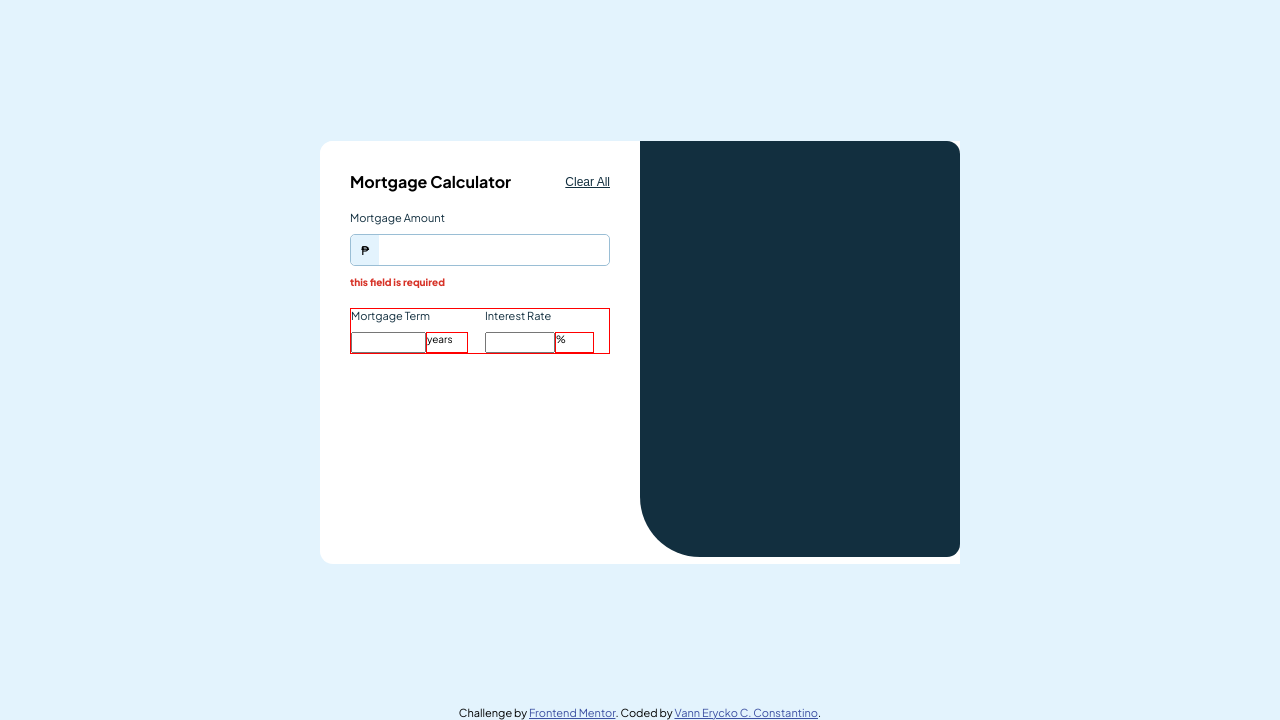
Repository: kocokoy/mortgage-repayment-calculator
Page: index.html
An editor plug-in stored every save of this project. The page is shown before and after the next save, followed by the edit.
The browser window is 1280 px wide. The pictures show the whole page.

Above is the page before, as saved 2024-10-29 13:33:28.

### index.html
<!DOCTYPE html>
<html lang="en">
<head>
  <meta charset="UTF-8">
  <meta name="viewport" content="width=device-width, initial-scale=1.0"> <!-- displays site properly based on user's device -->

  <link rel="icon" type="image/png" sizes="32x32" href="./assets/images/favicon-32x32.png">
  <link rel="stylesheet" href="/styles/style.css">
  <link rel="preconnect" href="https://fonts.googleapis.com">
<link rel="preconnect" href="https://fonts.gstatic.com" crossorigin>
<link href="https://fonts.googleapis.com/css2?family=Karla:ital,wght@0,200..800;1,200..800&family=Plus+Jakarta+Sans:ital,wght@0,200..800;1,200..800&family=Red+Hat+Text:ital,wght@0,300..700;1,300..700&display=swap" rel="stylesheet">

  <title>Frontend Mentor | Mortgage repayment calculator</title>
</head>
<body>
  <div class="container">
    <div class="container-card">
      <div class="mortgage-calculator-side">
        <div class="mortgage-calculator-header">
          <p>Mortgage Calculator</p>
          <button>Clear All</button>
        </div>
        <div class="mortgage-calculator-amount">
          <p>Mortgage Amount</p>
          <div class="mortgage-calculator-amount-input">
            <div>&#8369;</div>
            <input type="text">
          </div>
          <div class="field-require-text">
            this field is required
          </div>
        </div>
        <div class="mortgage-calculator-term-and-interest">
          <div class="mortgage-calculator-term-section">
            <p>Mortgage Term</p>
            <div class="mortgage-calculator-term-section-mortgage">
              <input type="text" name="" id="">
              <div>years</div>
            </div>
          </div>
          <div class="mortgage-calculator-term-section">
            <p>Interest Rate</p>
            <div class="mortgage-calculator-term-section-mortgage">
              <input type="text" name="" id="">
              <div>%</div>
            </div>
          </div>
        </div>
        <div></div>
        <div></div>
      </div>
      <div class="result-side"></div>
    </div>
  </div>


  <div class="attribution">
    Challenge by <a href="https://www.frontendmentor.io?ref=challenge">Frontend Mentor</a>.
    Coded by <a href="#">Vann Erycko C. Constantino</a>.
  </div>
</body>
</html>

### styles/style.css
:root{
/* Primary */

--lime: hsl(61, 70%, 52%);
--red: hsl(4, 69%, 50%);

/* Neutral */

--white: hsl(0, 0%, 100%);
--slate100: hsl(202, 86%, 94%);
--slate300: hsl(203, 41%, 72%);
--slate500: hsl(200, 26%, 54%);
--slate700: hsl(200, 24%, 40%);
--slate900: hsl(202, 55%, 16%);
}

.attribution {
  font-size: 11px; text-align: center;
 }
.attribution a {
  color: hsl(228, 45%, 44%);
 }

body{
  margin: 0;
  padding: 0;
  font-family: Plus Jakarta Sans;
  background-color: var(--slate100);
}
.container{
  height: 98vh;
  display: flex;
  flex-direction: column;
  justify-content: center;
  align-items: center;
}
.container-card{
  display: flex;
  flex-direction: row;
  height: 60%;
  width: 50%;
  background-color: var(--white);
  border-bottom-left-radius: 13px;
  border-top-left-radius: 13px;
}

.field-require-text{
  margin-top: 10px;
  color: var(--red);
  font-size: 10px;
  font-weight: 900;
  margin-bottom: 20px;
}
.mortgage-calculator-side{
height: 84%;
width: 50%;
background-color: var(--white);
border-bottom-left-radius: 13px;
border-top-left-radius: 13px;
padding: 30px;

}
.result-side{
  height: 84%;
  width: 50%;
  padding: 30px;
  overflow: hidden;
  background-color: var(--slate900);
  border-bottom-left-radius: 60px;
  border-bottom-right-radius: 13px;
  border-top-right-radius: 13px;
}

/*Mortgage Calculator Header */
.mortgage-calculator-header{
  display: flex;
  flex-direction: row;
  align-items: center;
  justify-content: space-between;
}
.mortgage-calculator-header p{
 margin: 0;
 font-weight: 700;
}
.mortgage-calculator-header button{
 margin: 0;
 font-weight: 500;
 font-size: 12px;
 color: var(--slate900);
 background-color: var(--white);
 text-decoration: underline;
 cursor: pointer;
 border: none;
 padding: 0;
}

/*Mortgage Calculator Amount  */
.mortgage-calculator-amount{
  padding-top: 19px ;
  display: flex;
  flex-direction: column;
}
.mortgage-calculator-amount p{
  margin: 0;
  font-size: 11px;
  color: var(--slate900);
  padding-bottom: 10px;
}

.mortgage-calculator-amount-input{
  display: flex;
  flex-direction: row;
  height: 30px;
  border: 1px solid var(--slate300);
  border-radius: 5px;
}
.mortgage-calculator-amount-input div{
  background-color: var(--slate100);
  height: 100%;
  width: 35px;
  display: flex;
  justify-content: center;
  align-items: center;
  font-size: 12px;
  font-weight: 500;
  border: none;
  border-top-left-radius: 5px;
  border-bottom-left-radius: 5px;
}
.mortgage-calculator-amount-input input{
  width: 100%;
  border: none;
  border-top-right-radius: 5px;
  border-bottom-right-radius: 5px;
  padding: 0 10px;
}

.mortgage-calculator-amount-input input:focus{
  outline: none;
}

/* Mortgage Calculator Mortgage Term and Interest Rate */

.mortgage-calculator-term-and-interest{
  border: 1px solid red;
  display: flex;
  flex-direction: row;
  justify-content: space-between;
}

.mortgage-calculator-term-section p{
  margin: 0;
  font-size: 11px;
  color: var(--slate900);
  padding-bottom: 10px;
}

.mortgage-calculator-term-section-mortgage{
  display: flex;
  flex-direction: row;
}

.mortgage-calculator-term-section-mortgage input{
  width: 50%;
}
.mortgage-calculator-term-section-mortgage div{
  width: 30%;
  border: 1px solid red;
  font-size: 10px;
}

After the next save:
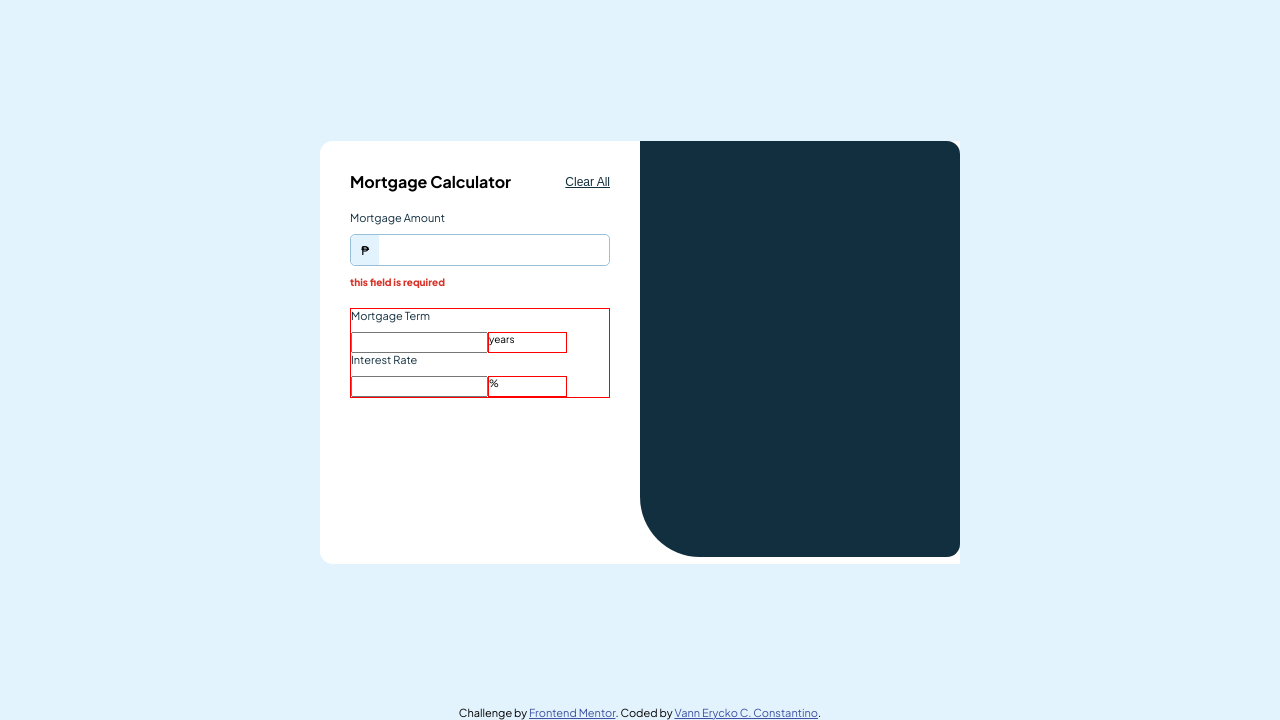
Saved 114 s later.
--- a/styles/style.css
+++ b/styles/style.css
@@ -143,9 +143,8 @@
 
 .mortgage-calculator-term-and-interest{
   border: 1px solid red;
-  display: flex;
-  flex-direction: row;
-  justify-content: space-between;
+  display: grid;
+
 }
 
 .mortgage-calculator-term-section p{

After the save that followed:
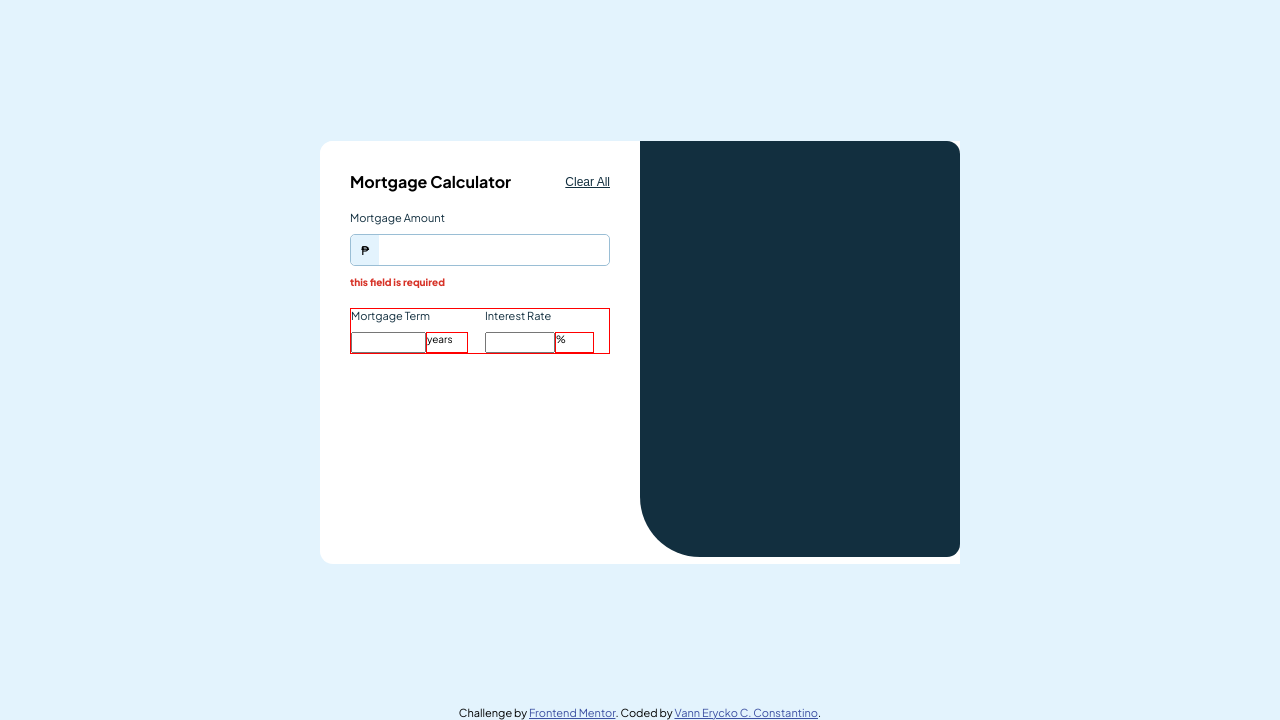
Saved 11 s later.
--- a/styles/style.css
+++ b/styles/style.css
@@ -143,8 +143,8 @@
 
 .mortgage-calculator-term-and-interest{
   border: 1px solid red;
-  display: grid;
-
+  display: flex;
+  flex-direction: row;
 }
 
 .mortgage-calculator-term-section p{
